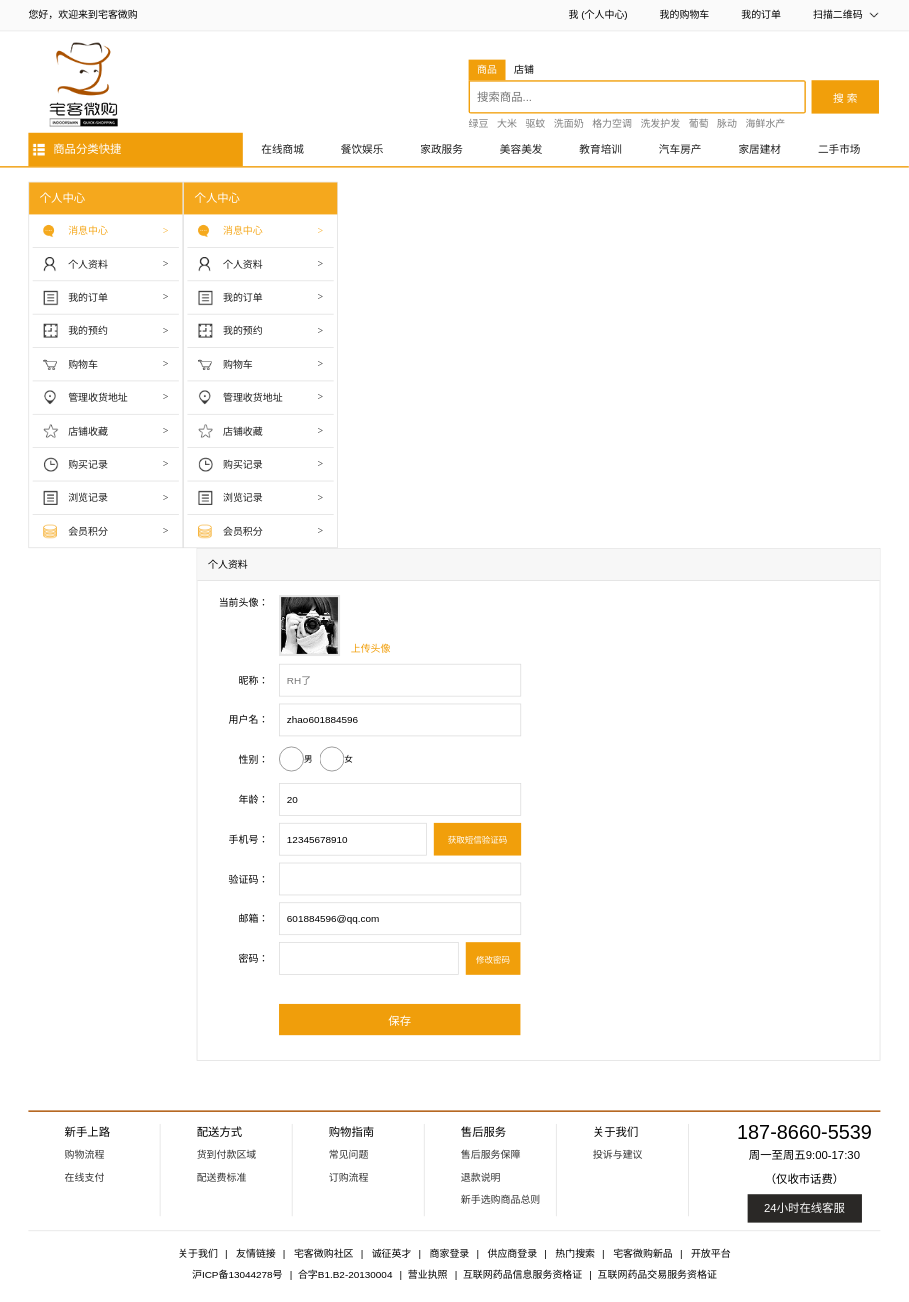
Repository: hucongting/MobliePhoneMall
Page: http://localhost/HelloMall/home/my_personal.jsp
These files come from the project's save history. The page is drawn as it stood at one moment and after the next save; the edit follows.
The browser window is 1280 px wide. The pictures show the whole page, at 71% of full size.
The page is served by Tomcat 9. Nobody is signed in. The application's start-up code is not run. Other server files are loaded and not shown.

Above is the page before, as saved 2018-09-01 06:36:53.

### HelloMall/src/main/webapp/home/my_personal.jsp
<%@ page language="java" contentType="text/html; charset=UTF-8"
    pageEncoding="UTF-8"%>
<!DOCTYPE html>
<html>
<head>
<meta http-equiv="Content-Type" content="text/html; charset=utf-8" />
<title>个人资料</title>
<link rel="stylesheet" type="text/css" href="css/style.css" />
<link rel="stylesheet" type="text/css" href="css/shopping-mall-index.css" />
<script type="text/javascript" src="js/jquery.js"></script>
<script type="text/javascript" src="js/zhonglin.js"></script>
</head>

<body style="position:relative;">

	<jsp:include page="top.jsp"></jsp:include>

    <!--内容开始-->
    <div class="personal w1200">
    	<div class="personal-left f-l">
        	<div class="personal-l-tit">
            	<h3>个人中心</h3>
            </div>
            <ul>
            	<li class="current-li per-li1"><a href="#">消息中心<span>></span></a></li>
            	<li class="per-li2"><a href="#">个人资料<span>></span></a></li>
            	<li class="per-li3"><a href="#">我的订单<span>></span></a></li>
            	<li class="per-li4"><a href="#">我的预约<span>></span></a></li>
            	<li class="per-li5"><a href="#">购物车<span>></span></a></li>
            	<li class="per-li6"><a href="#">管理收货地址<span>></span></a></li>
            	<li class="per-li7"><a href="#">店铺收藏<span>></span></a></li>
            	<li class="per-li8"><a href="#">购买记录<span>></span></a></li>
            	<li class="per-li9"><a href="#">浏览记录<span>></span></a></li>
            	<li class="per-li10"><a href="#">会员积分<span>></span></a></li>
            </ul>
        </div>
    	<div class="personal-r f-r">
        	<div class="personal-right">
                <div class="personal-r-tit">
                    <h3>个人资料</h3>
                </div>
                <div class="data-con">
                	<div class="dt1">
                    	<p class="f-l">当前头像：</p>
                        <div class="touxiang f-l">
                        	<div class="tu f-l">
                            	<a href="#">
                                	<img src="images/data-tu.gif" />
                                    <input type="file" name="" id="" class="img1" />
                                </a>
                            </div>
                            <a href="JavaScript:;" class="sc f-l" shangchuang="">上传头像</a>
                            <div style="clear:both;"></div>
                        </div>
                        <div style="clear:both;"></div>
                    </div>
                    <div class="dt1">
                    	<p class="dt-p f-l">昵称：</p>
                        <input type="text" placeholder="RH了" />
                        <div style="clear:both;"></div>
                    </div>
                    <div class="dt1">
                    	<p class="dt-p f-l">用户名：</p>
                        <input type="text" value="zhao601884596" />
                        <div style="clear:both;"></div>
                    </div>
                    <div class="dt1 dt2">
                    	<p class="dt-p f-l">性别：</p>
                        <input type="radio" name="hobby" value="nan"></input><span>男</span>
                        <input type="radio" name="hobby" value="nan"></input><span>女</span>
                        <div style="clear:both;"></div>
                    </div>
                    <div class="dt1">
                    	<p class="dt-p f-l">年龄：</p>
                        <input type="text" value="20" />
                        <div style="clear:both;"></div>
                    </div>
                    <div class="dt1 dt3">
                    	<p class="dt-p f-l">手机号：</p>
                        <input type="text" value="12345678910" />
                        <button>获取短信验证码</button>
                        <div style="clear:both;"></div>
                    </div>
                    <div class="dt1">
                    	<p class="dt-p f-l">验证码：</p>
                        <input type="text" value="" />
                        <div style="clear:both;"></div>
                    </div>
                    <div class="dt1">
                    	<p class="dt-p f-l">邮箱：</p>
                        <input type="text" value="601884596@qq.com" />
                        <div style="clear:both;"></div>
                    </div>
                    <div class="dt1 dt4">
                    	<p class="dt-p f-l">密码：</p>
                        <input type="text" value="" />
                        <button>修改密码</button>
                        <div style="clear:both;"></div>
                    </div>
                    <button class="btn-pst">保存</button>
                </div>
            </div>
        </div>
        <div style="clear:both;"></div>
    </div>

    <!--上传头像弹窗
    <div class="tanchuang">
    	<div class="t-c-bg"></div>
    	<div class="t-c-con">
        	<div class="tc-tit">
            	<h3>上传头像</h3>
                <a href="JavaScript:;" delete=""><img src="images/t-c-del.gif" /></a>
                <div style="clear:both;"></div>
            </div>
            <div class="tc-con">
            	<a href="#"><img src="images/tc-tu.gif" /></a>
                <button>保存头像</button>
            </div>
        </div>
    </div>-->

   <jsp:include page="bottom.jsp"></jsp:include>

</body>
</html>

### HelloMall/src/main/webapp/home/top.jsp
<%@ page language="java" contentType="text/html; charset=UTF-8"
    pageEncoding="UTF-8"%>
<!DOCTYPE html>
<html>
<head>
<meta charset="UTF-8">
</head>
<body>
	<!--top 开始-->
    <div class="top">
    	<div class="top-con w1200">
        	<p class="t-con-l f-l">您好，欢迎来到宅客微购</p>
            <ul class="t-con-r f-r">
            	<li><a href="my_message.html">我 (个人中心)</a></li>
            	<li><a href="my_cart.html">我的购物车</a></li>
            	<li><a href="my_order.html">我的订单</a></li>
            	<li class="erweima">
                	<a href="#">扫描二维码</a>
                    <div class="ewm-tu">
                    	<a href="#"><img src="images/erweima-tu.jpg" /></a>
                    </div>
                </li>
                <div style="clear:both;"></div>
            </ul>
            <div style="clear:both;"></div>
        </div>
    </div>

    <!--logo search 开始-->
    <div class="hd-info1 w1200">
    	<div class="logo f-l">
        	<h1><a href="#" title="中林网站"><img src="images/logo.jpg" /></a></h1>
        </div>
        <div class="search f-r">
        	<ul class="sp">
            	<li class="current" ss-search="sp"><a href="JavaScript:;">商品</a></li>
                <li ss-search="dp"><a href="JavaScript:;">店铺</a></li>
                <div style="clear:both;"></div>
            </ul>
            <div class="srh">
            	<div class="ipt f-l">
                	<input type="text" placeholder="搜索商品..." ss-search-show="sp" />
                    <input type="text" placeholder="搜索店铺..." ss-search-show="dp" style="display:none;" />
                </div>
                <button class="f-r">搜 索</button>
                <div style="clear:both;"></div>
            </div>
            <ul class="sp2">
                <li><a href="#">绿豆</a></li>
                <li><a href="#">大米</a></li>
                <li><a href="#">驱蚊</a></li>
                <li><a href="#">洗面奶</a></li>
                <li><a href="#">格力空调</a></li>
                <li><a href="#">洗发护发</a></li>
                <li><a href="#">葡萄 </a></li>
                <li><a href="#">脉动</a></li>
                <li><a href="#">海鲜水产</a></li>
                <div style="clear:both;"></div>
            </ul>
        </div>
        <div style="clear:both;"></div>
    </div>

    <!--nav 开始-->
    <div style="border-bottom:2px solid #F09E0B;">
    	<div class="nav w1200">
    	<a href="JavaScript:;" class="sp-kj" kj="">
        	商品分类快捷
        </a>
        <div class="kj-show2 none" kj-sh="">
            <div class="kj-info1" mg="shiping">
            	<dl class="kj-dl1">
               		<dt><a href="#">食品/饮料/酒水</a></dt>
                    <dd>
                    	零食/糖果/巧克力、饼干/糕点、生鲜<br />
                        酒水饮料/乳饮料、调味/速食<br />
                        粮油/干货、冲调制品
                    </dd>
                </dl>

            </div>

            <div class="kj-info1" style="border-bottom:none;" mg="jiafang">
            	<dl class="kj-dl1" style="padding:6px 10px;">
               		<dt><a href="#">家居/家纺</a></dt>
                    <dd>
                    	浴室用品、餐具水具<br />
                        收纳/居家日用、针织纺品
                    </dd>
                </dl>
                <div class="kj-if-show" mg2="jiafang">
                	<dl>
                    	<dt>家居/家纺</dt>
                        <dd>
                        	<a href="#">坚果迷线</a>
                        	<a href="#">膨化食品</a>
                        	<a href="#">糖果果冻/巧克力/口香糖</a>
                        	<a href="#">肉类/熟食食品</a>
                        	<a href="#">进口食品</a>
                        </dd>
                        <div style="clear:both;"></div>
                    </dl>
                    <dl>
                    	<dt>家居/家纺</dt>
                        <dd>
                        	<a href="#">坚果迷线</a>
                        	<a href="#">膨化食品</a>
                        	<a href="#">糖果果冻/巧克力/口香糖</a>
                        	<a href="#">肉类/熟食食品</a>
                        	<a href="#">进口食品</a>
                        </dd>
                        <div style="clear:both;"></div>
                    </dl>
                    <dl>
                    	<dt>家居/家纺</dt>
                        <dd>
                        	<a href="#">坚果迷线</a>
                        	<a href="#">膨化食品</a>
                        	<a href="#">糖果果冻/巧克力/口香糖</a>
                        	<a href="#">肉类/熟食食品</a>
                        	<a href="#">进口食品</a>
                        </dd>
                        <div style="clear:both;"></div>
                    </dl>
                    <dl>
                    	<dt>家居/家纺</dt>
                        <dd>
                        	<a href="#">坚果迷线</a>
                        	<a href="#">膨化食品</a>
                        	<a href="#">糖果果冻/巧克力/口香糖</a>
                        	<a href="#">肉类/熟食食品</a>
                        	<a href="#">进口食品</a>
                        </dd>
                        <div style="clear:both;"></div>
                    </dl>
                    <dl>
                    	<dt>家居/家纺</dt>
                        <dd>
                        	<a href="#">坚果迷线</a>
                        	<a href="#">膨化食品</a>
                        	<a href="#">糖果果冻/巧克力/口香糖</a>
                        	<a href="#">肉类/熟食食品</a>
                        	<a href="#">进口食品</a>
                        </dd>
                        <div style="clear:both;"></div>
                    </dl>
                    <dl>
                    	<dt>家居/家纺</dt>
                        <dd>
                        	<a href="#">坚果迷线</a>
                        	<a href="#">膨化食品</a>
                        	<a href="#">糖果果冻/巧克力/口香糖</a>
                        	<a href="#">肉类/熟食食品</a>
                        	<a href="#">进口食品</a>
                        </dd>
                        <div style="clear:both;"></div>
                    </dl>
                    <dl>
                    	<dt>家居/家纺</dt>
                        <dd>
                        	<a href="#">坚果迷线</a>
                        	<a href="#">膨化食品</a>
                        	<a href="#">糖果果冻/巧克力/口香糖</a>
                        	<a href="#">肉类/熟食食品</a>
                        	<a href="#">进口食品</a>
                        </dd>
                        <div style="clear:both;"></div>
                    </dl>
                    <dl>
                    	<dt>家居/家纺</dt>
                        <dd>
                        	<a href="#">坚果迷线</a>
                        	<a href="#">膨化食品</a>
                        	<a href="#">糖果果冻/巧克力/口香糖</a>
                        	<a href="#">肉类/熟食食品</a>
                        	<a href="#">进口食品</a>
                        </dd>
                        <div style="clear:both;"></div>
                    </dl>
                    <dl>
                    	<dt>家居/家纺</dt>

                        <dd>
                        	<a href="#">坚果迷线</a>
                        	<a href="#">膨化食品</a>
                        	<a href="#">糖果果冻/巧克力/口香糖</a>
                        	<a href="#">肉类/熟食食品</a>
                        	<a href="#">进口食品</a>
                        </dd>
                        <div style="clear:both;"></div>
                    </dl>
                    <dl>
                    	<dt>家居/家纺</dt>
                        <dd>
                        	<a href="#">坚果迷线</a>
                        	<a href="#">膨化食品</a>
                        	<a href="#">糖果果冻/巧克力/口香糖</a>
                        	<a href="#">肉类/熟食食品</a>
                        	<a href="#">进口食品</a>
                        </dd>
                        <div style="clear:both;"></div>
                    </dl>
                    <dl style="border-bottom:none;">
                    	<dt>家居/家纺</dt>
                        <dd>
                        	<a href="#">坚果迷线</a>
                        	<a href="#">膨化食品</a>
                        	<a href="#">糖果果冻/巧克力/口香糖</a>
                        	<a href="#">肉类/熟食食品</a>
                        	<a href="#">进口食品</a>
                        </dd>
                        <div style="clear:both;"></div>
                    </dl>
                </div>
            </div>
        </div>
        <ul>
        	<li><a href="#">在线商城</a></li>
        	<li><a href="#">餐饮娱乐</a></li>
        	<li><a href="#">家政服务</a></li>
        	<li><a href="#">美容美发</a></li>
        	<li><a href="#">教育培训</a></li>
        	<li><a href="#">汽车房产</a></li>
        	<li><a href="#">家居建材</a></li>
        	<li><a href="#">二手市场</a></li>
            <div style="clear:both;"></div>
        </ul>
        <div style="clear:both;"></div>
    </div>
    </div>

    <!--内容开始-->
    <div class="personal w1200">
    	<div class="personal-left f-l">
        	<div class="personal-l-tit">
            	<h3>个人中心</h3>
            </div>
            <ul>
            	<li class="current-li per-li1"><a href="my_message.html">消息中心<span>></span></a></li>
            	<li class="per-li2"><a href="my_personal.html">个人资料<span>></span></a></li>
            	<li class="per-li3"><a href="my_order.html">我的订单<span>></span></a></li>
            	<li class="per-li4"><a href="my_make.html">我的预约<span>></span></a></li>
            	<li class="per-li5"><a href="my_cart.html">购物车<span>></span></a></li>
            	<li class="per-li6"><a href="my_address.html">管理收货地址<span>></span></a></li>
            	<li class="per-li7"><a href="my_collection.html">店铺收藏<span>></span></a></li>
            	<li class="per-li8"><a href="buyrecord.html">购买记录<span>></span></a></li>
            	<li class="per-li9"><a href="lookrecored.html">浏览记录<span>></span></a></li>
            	<li class="per-li10"><a href="vip_score.html">会员积分<span>></span></a></li>
            </ul>
        </div>
</body>
</html>

### HelloMall/src/main/webapp/home/bottom.jsp
<%@ page language="java" contentType="text/html; charset=UTF-8"
    pageEncoding="UTF-8"%>
<!DOCTYPE html>
<html>
<head>
<meta charset="UTF-8">
</head>
<body>

    <!--底部服务-->
    <div class="ft-service">
    	<div class="w1200">
        	<div class="sv-con-l2 f-l">
            	<dl>
                	<dt><a href="#">新手上路</a></dt>
                    <dd>
                    	<a href="#">购物流程</a>
                    	<a href="#">在线支付</a>
                    </dd>
                </dl>
                <dl>
                	<dt><a href="#">配送方式</a></dt>
                    <dd>
                    	<a href="#">货到付款区域</a>
                    	<a href="#">配送费标准</a>
                    </dd>
                </dl>
                <dl>
                	<dt><a href="#">购物指南</a></dt>
                    <dd>
                    	<a href="#">常见问题</a>
                    	<a href="#">订购流程</a>
                    </dd>
                </dl>
                <dl>
                	<dt><a href="#">售后服务</a></dt>
                    <dd>
                    	<a href="#">售后服务保障</a>
                    	<a href="#">退款说明</a>
                    	<a href="#">新手选购商品总则</a>
                    </dd>
                </dl>
                <dl>
                	<dt><a href="#">关于我们</a></dt>
                    <dd>
                    	<a href="#">投诉与建议</a>
                    </dd>
                </dl>
                <div style="clear:both;"></div>
            </div>
        	<div class="sv-con-r2 f-r">
            	<p class="sv-r-tle">187-8660-5539</p>
            	<p>周一至周五9:00-17:30</p>
            	<p>（仅收市话费）</p>
            	<a href="#" class="zxkf">24小时在线客服</a>
            </div>
            <div style="clear:both;"></div>
        </div>
    </div>

    <!--底部 版权-->
    <div class="footer w1200">
    	<p>
        	<a href="#">关于我们</a><span>|</span>
        	<a href="#">友情链接</a><span>|</span>
        	<a href="#">宅客微购社区</a><span>|</span>
        	<a href="#">诚征英才</a><span>|</span>
        	<a href="#">商家登录</a><span>|</span>
        	<a href="#">供应商登录</a><span>|</span>
        	<a href="#">热门搜索</a><span>|</span>
        	<a href="#">宅客微购新品</a><span>|</span>
        	<a href="#">开放平台</a>
        </p>
        <p>
        	沪ICP备13044278号<span>|</span>合字B1.B2-20130004<span>|</span>营业执照<span>|</span>互联网药品信息服务资格证<span>|</span>互联网药品交易服务资格证
        </p>
    </div>
</body>
</html>

Loaded but not shown: HelloMall/src/main/webapp/home/js/jquery.js (library); HelloMall/src/main/webapp/home/js/zhonglin.js (361 lines, source omitted); HelloMall/src/main/webapp/home/css/shopping-mall-index.css (1188 lines, source omitted); HelloMall/src/main/webapp/home/css/style.css (194 lines, source omitted)

After the next save:
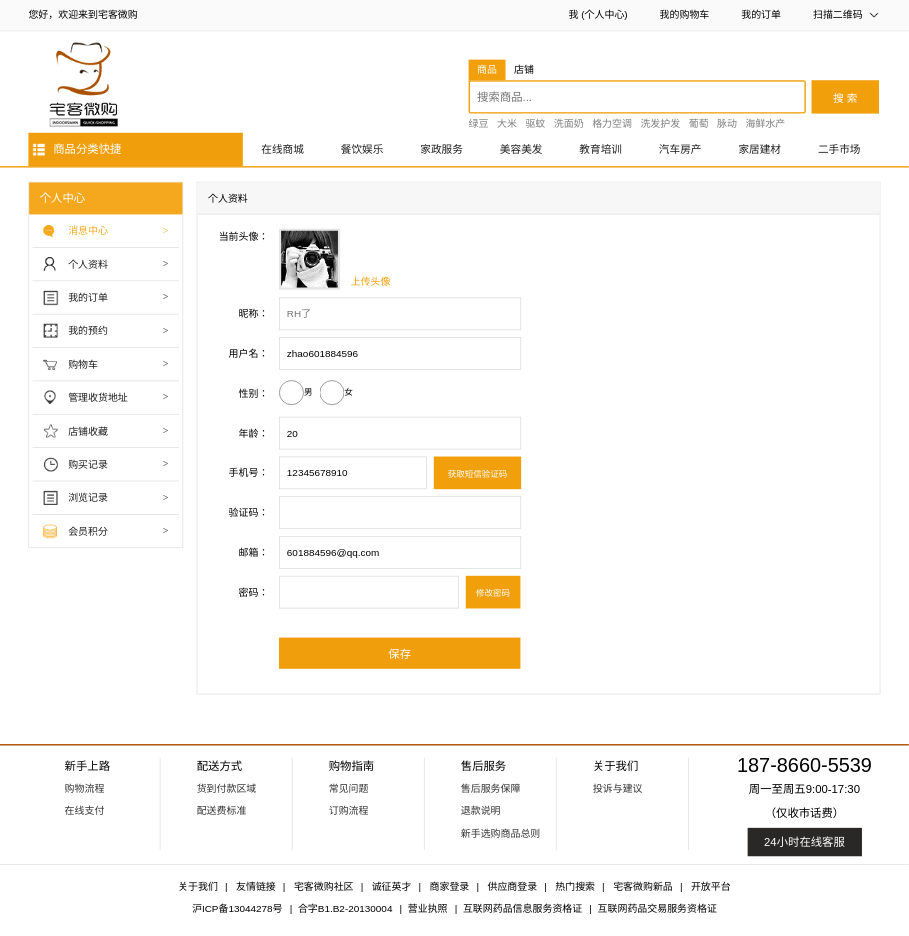
Saved 19 s later.
--- a/HelloMall/src/main/webapp/home/my_personal.jsp
+++ b/HelloMall/src/main/webapp/home/my_personal.jsp
@@ -15,25 +15,7 @@
 
 	<jsp:include page="top.jsp"></jsp:include>
 
-    <!--内容开始-->
-    <div class="personal w1200">
-    	<div class="personal-left f-l">
-        	<div class="personal-l-tit">
-            	<h3>个人中心</h3>
-            </div>
-            <ul>
-            	<li class="current-li per-li1"><a href="#">消息中心<span>></span></a></li>
-            	<li class="per-li2"><a href="#">个人资料<span>></span></a></li>
-            	<li class="per-li3"><a href="#">我的订单<span>></span></a></li>
-            	<li class="per-li4"><a href="#">我的预约<span>></span></a></li>
-            	<li class="per-li5"><a href="#">购物车<span>></span></a></li>
-            	<li class="per-li6"><a href="#">管理收货地址<span>></span></a></li>
-            	<li class="per-li7"><a href="#">店铺收藏<span>></span></a></li>
-            	<li class="per-li8"><a href="#">购买记录<span>></span></a></li>
-            	<li class="per-li9"><a href="#">浏览记录<span>></span></a></li>
-            	<li class="per-li10"><a href="#">会员积分<span>></span></a></li>
-            </ul>
-        </div>
+
     	<div class="personal-r f-r">
         	<div class="personal-right">
                 <div class="personal-r-tit">
